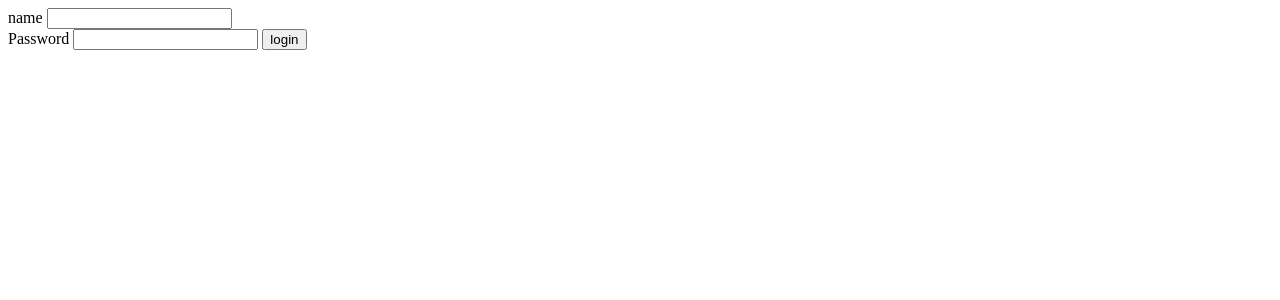
Repository: codelifee/spring-mvc-project
Page: http://localhost/springmvc/
The author's editor kept a copy of each file at every save. The page is drawn from the files as they stood at one save, then again after a run of saves.
The browser window is 1280 px wide. The pictures show the whole page.
The page is served by Tomcat 9.

Above is the page before, as saved 2020-11-12 10:24:30.

After the next 2 saves:
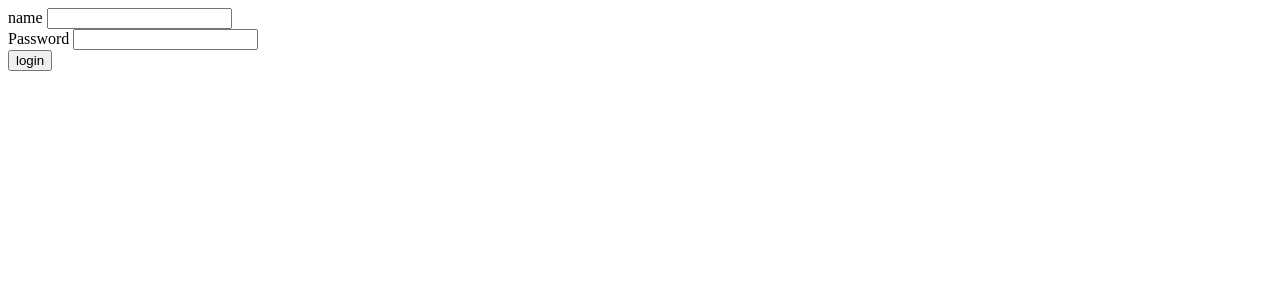
The 2 saves are shown as one change because they came seconds apart.
The last was saved 14 s later.
--- a/springmvc/src/main/webapp/WEB-INF/views/login.jsp
+++ b/springmvc/src/main/webapp/WEB-INF/views/login.jsp
@@ -9,7 +9,8 @@
 <body>
 <form action="/login.do" method="post">
 name <input type="text" name="name" /> <br>
-Password <input type="password" name="password" /> <input type="submit" value="login"/>
+Password <input type="password" name="password" /> <br>
+<input type="submit" value="login"/>
 </form>
 </body>
 </html>
